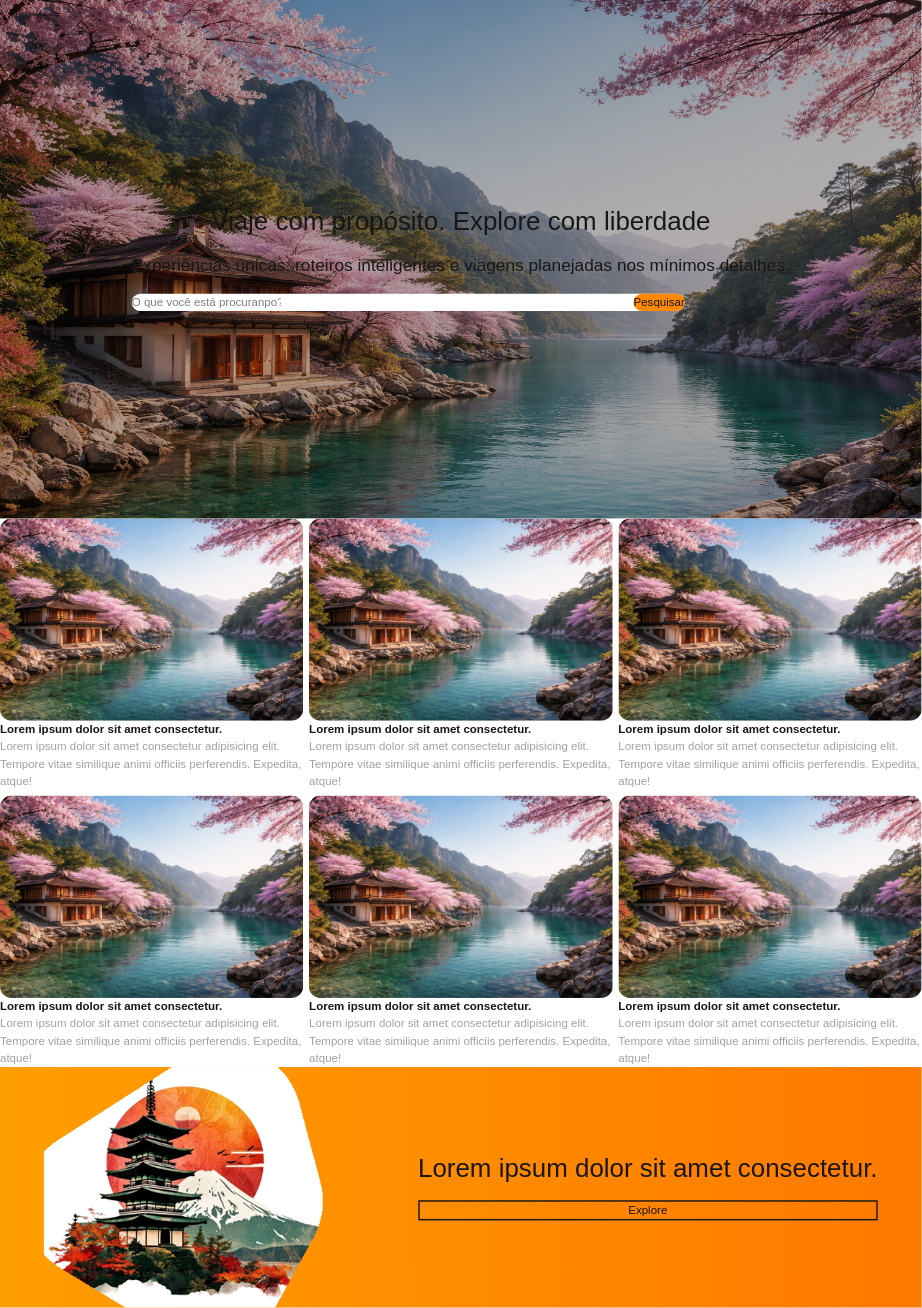
Repository: pedroantoniosi/tripicon-site
Page: /home
The author's editor kept a copy of each file at every save. The page is drawn from the files as they stood at one save, then again after the next save.
The browser window is 1280 px wide. The pictures show the whole page, at 72% of full size.
The project was rebuilt for these pictures with package versions that can differ from the ones it lists, and the page was loaded fresh each time. The framework's server and built-in components were replaced by stand-ins that run in the browser. Also part of the build but not shown: next.config.ts.

Above is the page before, as saved 2026-04-06 12:02:43.

### src/app/layout.tsx
import type { Metadata } from "next";
import { Geist, Geist_Mono } from "next/font/google";
import "./globals.css";

const geistSans = Geist({
  variable: "--font-geist-sans",
  subsets: ["latin"],
});

const geistMono = Geist_Mono({
  variable: "--font-geist-mono",
  subsets: ["latin"],
});

export const metadata: Metadata = {
  title: "Create Next App",
  description: "Generated by create next app",
};

export default function RootLayout({
  children,
}: Readonly<{
  children: React.ReactNode;
}>) {
  return (
    <html
      lang="en"
      className={`${geistSans.variable} ${geistMono.variable} h-full antialiased`}
    >
      <body className="min-h-full flex flex-col">{children}</body>
    </html>
  );
}

### src/app/home/page.tsx
"use client";
import styles from "./page.module.css";
import Searchbar from "@/components/Searchbar/Searchbar";
import Container from "@/components/Container/Container";
import Image from "next/image";
import Slider from "@/components/Slider/Slider";

const trips = [
  { title: "", image: "/images/banner.png" },
  { title: "", image: "/images/banner.png" },
  { title: "", image: "/images/banner.png" },
];

const reviews = [
  {
    name: "Mariana Souza",
    text: "Viajar para Kyoto sempre foi um sonho, mas eu não fazia ideia de por onde começar. A plataforma montou tudo pra mim e a experiência foi simplesmente perfeita.",
    stars: 5,
  },
  {
    name: "Lucas Ferreira",
    text: "Fiquei impressionado com a organização. Desde Tokyo até Osaka, tudo foi muito bem planejado. Zero dor de cabeça.",
    stars: 5,
  },
  {
    name: "Camila Ribeiro",
    text: "Eu queria uma viagem mais cultural e menos turística, e eles acertaram exatamente no que eu buscava. Kyoto foi o ponto alto da viagem.",
    stars: 5,
  },
  {
    name: "Rafael Martins",
    text: "Foi minha primeira viagem internacional e eu estava inseguro. O suporte foi excelente do começo ao fim, principalmente durante a estadia em Tokyo.",
    stars: 5,
  },
  {
    name: "Juliana Costa",
    text: "Consegui montar um roteiro completo em poucos minutos. A experiência no Monte Fuji foi inesquecível. Recomendo muito.",
    stars: 5,
  },
];

export default function Home() {
  return (
    <>
      {/* Sessão Inicial  Principal */}
      <section className={styles.heroContainer}>
        <div className={`${styles.heroCaption} flex flex-col gap-6`}>
          <h1 className="text-4xl  text-center">
            {" "}
            Viaje com propósito. Explore com liberdade
          </h1>
          <p className="text-md lg:text-2xl text-center m-[12]">
            Experiências únicas, roteiros inteligentes e viagens planejadas nos
            mínimos detalhes.
          </p>
          <Searchbar />
        </div>
      </section>

      <Container>
        <section
          className={`${styles.featuresContainer} grid grid-cols-2 gap-2 lg:grid-cols-3 lg:py-4`}
        >
          {Array.from({ length: 6 }).map((_, index) => (
            <div key={index} className={`${styles.card}`}>
              <Image
                className="rounded-2xl"
                src="/images/banner.png"
                alt="Banner"
                width={500}
                height={300}
              />
              <div className={`${styles.caption} p-2`}>
                <h2 className="font-bold font">
                  Lorem ipsum dolor sit amet consectetur.
                </h2>
                <p className={`${styles.text} text-neutral-400 max-w-[500px]`}>
                  Lorem ipsum dolor sit amet consectetur adipisicing elit.
                  Tempore vitae similique animi officiis perferendis. Expedita,
                  atque!
                </p>
              </div>
            </div>
          ))}
        </section>

        <section
          className={`${styles.discoverContainer} flex gap-2 justify-around items-center`}
        >
          <img src="/images/discover.png" alt="" />
          <div className="flex flex-col gap-6">
            <h2 className="text-4xl">
              Lorem ipsum dolor sit amet consectetur.
            </h2>
            <button className="border-2">Explore</button>
          </div>
        </section>
      </Container>
    </>
  );
}

### src/app/globals.css
@import "tailwindcss";
@import "bootstrap-icons/font/bootstrap-icons.css";


* {
  padding: 0;
  margin: 0;
  box-sizing: border-box;
}

:root {
  --background: #ffffff;
  --foreground: #171717;
  --primaryColor: #
}

@media (prefers-color-scheme: dark) {
  :root {
    --background: #0a0a0a;
    --foreground: #ededed;
  }
}

body {
  background: var(--background);
  color: var(--foreground);
  font-family: Arial, Helvetica, sans-serif;
}

### src/app/home/page.module.css
.heroContainer {
    padding: 1rem;
    position: relative;
    display: grid;
    place-items: center;
    z-index: 1;
    min-height: 70svh;

    &::after {
        content: ' ';
        position: absolute;
        width: 100%;
        height: 100%;
        left: 0;
        bottom: 0;
        background-image: url('/images/banner.png');
        background-size: cover;
        z-index: -1;
        filter: brightness(70%);
    }

    & .heroTitle {
        max-width: 1024px;
        text-align: center;
    }
}


.discoverContainer {
    background: #FF9E00;
    background: linear-gradient(90deg, rgba(255, 158, 0, 1) 0%, rgba(255, 121, 0, 1) 100%);
}


@media (min-width: 1024px) {
    .heroContainer {
        padding: 2rem;
        min-height: 100vh;
    }

    .heroContainer .heroTitle {
        max-width: 1200px;
    }
}

@media (max-width: 768px) {
    .featuresContainer {


        & .card {
            position: relative;

            & .caption {
                width: 100%;
                position: absolute;
                bottom: 0;
                z-index: 1;

                & .text {
                    display: none;
                }
            }
        }
    }

}

### src/components/Searchbar/Searchbar.tsx
export default function Searchbar() {
  return (
    <>
      <div className="p-1 bg-white rounded-full flex justify-between m-auto max-w-[768px]">
        <input
          className="p-2 text-black outline-none border-none"
          type="text"
          placeholder="O que você está procuranpo?"
        />
        <button className="bg-orange-400 px-2 rounded-full">Pesquisar</button>
      </div>
    </>
  );
}

### src/components/Container/Container.tsx
import React from "react";

type ContainerProps = {
  children?: React.ReactNode;
};

export default function Container({ children }: ContainerProps) {
  return <div className="p-2 max-w-[1640px] m-auto">{children}</div>;
}

After the next save:
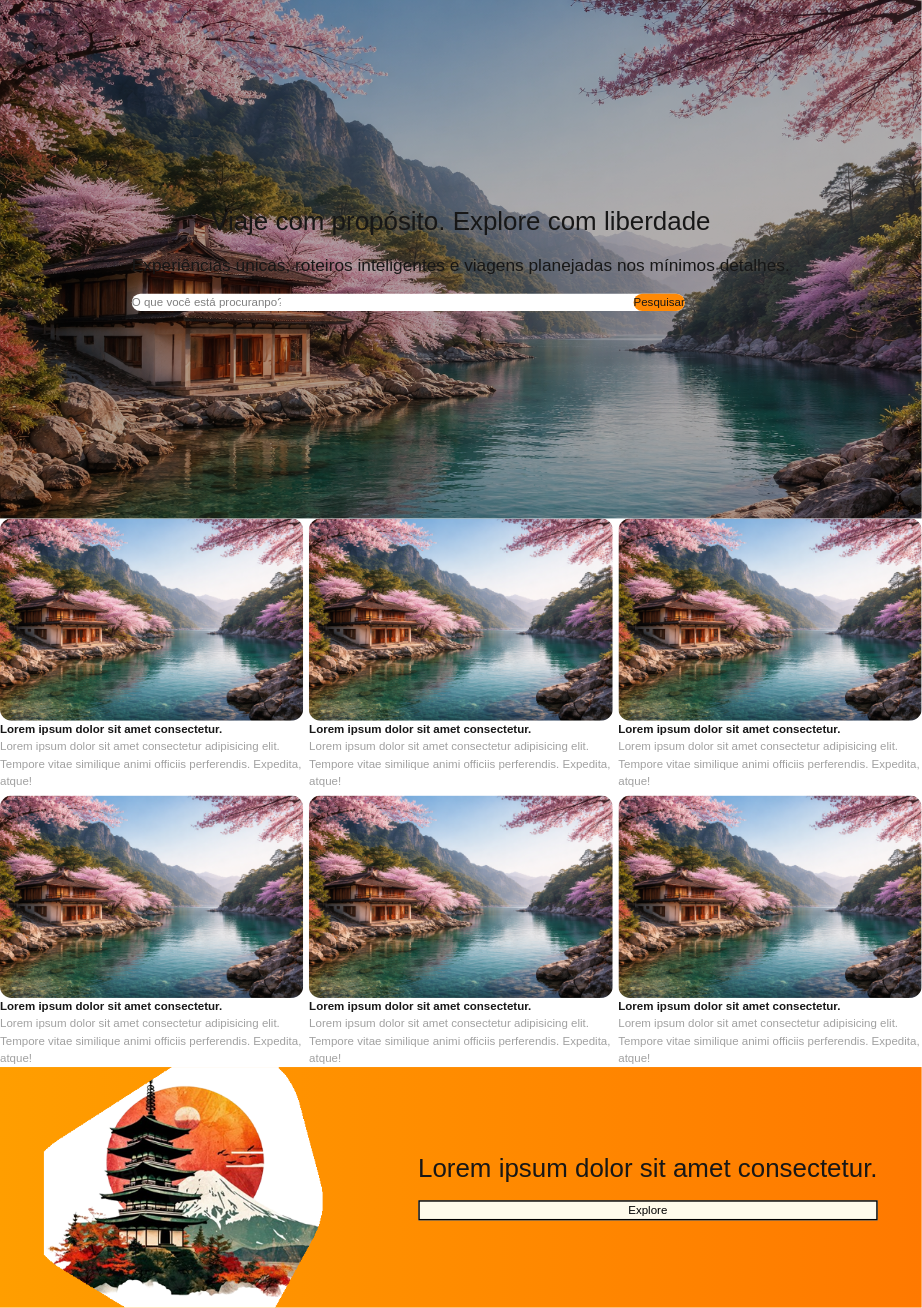
Saved 20 s later.
--- a/src/app/home/page.tsx
+++ b/src/app/home/page.tsx
@@ -92,7 +92,7 @@ export default function Home() {
             <h2 className="text-4xl">
               Lorem ipsum dolor sit amet consectetur.
             </h2>
-            <button className="border-2">Explore</button>
+            <button className="border-2 bg-amber-50 text-black">Explore</button>
           </div>
         </section>
       </Container>
